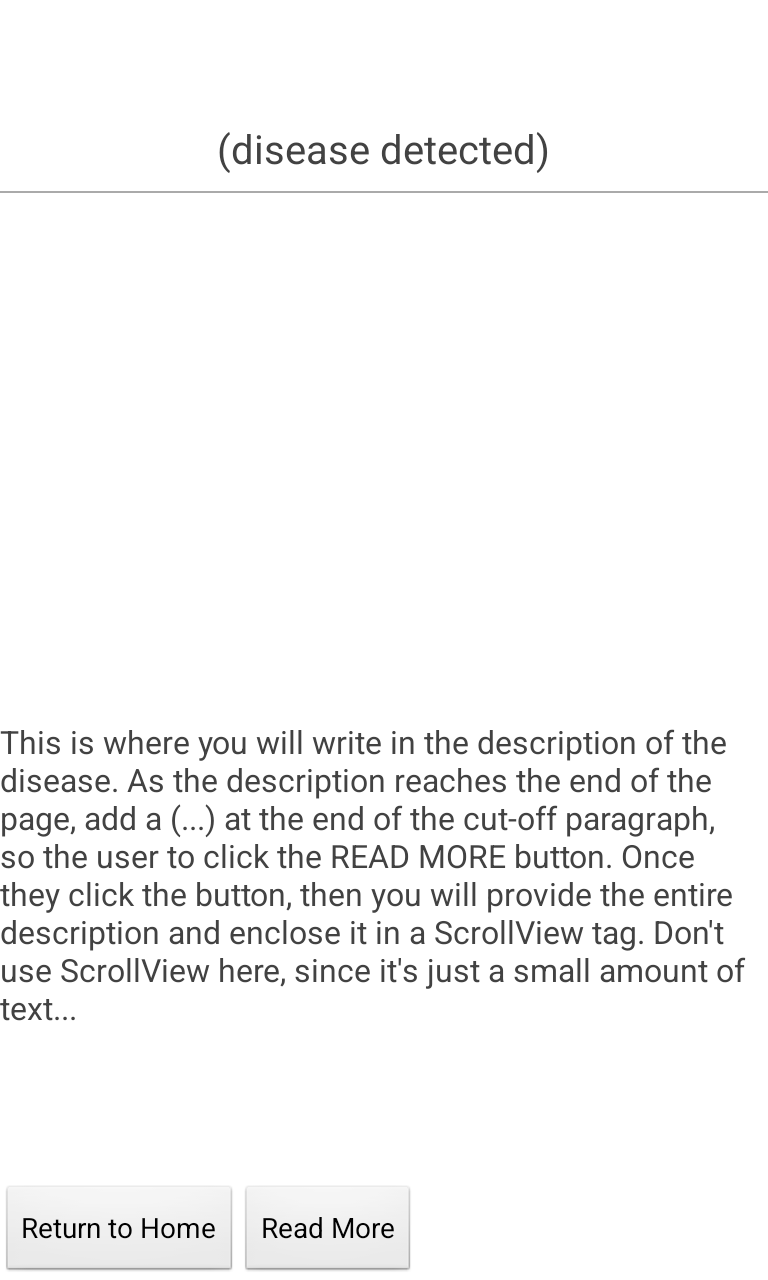
Repository: justnaelin/PhytoSenseIt-app
Layout: PhytoSenseIt/res/layout/activity_results.xml
An editor plug-in stored every save of this project. The layout is shown before and after the next save, followed by the edit.
It is drawn on a 768 x 1280 px phone screen (xhdpi) without system bars, with theme android:Theme.NoTitleBar.Fullscreen; the app's code is not run.

Above is the layout before, as saved 2015-07-29 18:56:55.

### PhytoSenseIt/res/layout/activity_results.xml
<LinearLayout xmlns:android="http://schemas.android.com/apk/res/android"
    xmlns:tools="http://schemas.android.com/tools"
    android:layout_width="match_parent"
    android:layout_height="match_parent"
    android:background="#FFFFFF"
    android:orientation="vertical" >

    <TextView
        android:id="@+id/header_text"
        android:layout_width="wrap_content"
        android:layout_height="wrap_content"
        android:layout_gravity="center_horizontal"
        android:textColor="#212121"
        android:textSize="45sp" />

    <TextView
        android:layout_width="wrap_content"
        android:layout_height="wrap_content"
        android:layout_gravity="center_horizontal"
        android:paddingBottom="8dp"
        android:text="(disease detected)"
        android:textColor="#424242"
        android:textSize="20sp" />

    <!-- Line underneath headline -->

    <View
        android:layout_width="match_parent"
        android:layout_height="1dp"
        android:background="@android:color/darker_gray" />

    <!--
         Change as needed. This is just a placeholder so you
            can see what the layout will look like.
    -->

    <ImageView
        android:id="@+id/results_image"
        android:layout_width="wrap_content"
        android:layout_height="0dp"
        android:layout_margin="16dp"
        android:layout_weight="1" />

    <TextView
        android:id="@+id/description"
        android:layout_width="match_parent"
        android:layout_height="0dp"
        android:layout_weight="1"
        android:text="This is where you will write in the description of the disease. As the description reaches the end of the page, add a (...) at the end of the cut-off paragraph, so the user to click the READ MORE button. Once they click the button, then you will provide the entire description and enclose it in a ScrollView tag. Don&apos;t use ScrollView here, since it&apos;s just a small amount of text..."
        android:textColor="#424242"
        android:textSize="16sp" />

    <LinearLayout
        android:layout_width="match_parent"
        android:layout_height="wrap_content"
        android:layout_below="@+id/description"
        android:layout_gravity="center_horizontal"
         >

        <Button
            android:id="@+id/return_home"
            android:layout_width="wrap_content"
            android:layout_height="wrap_content"
            android:text="Return to Home" />

        <Button
            android:id="@+id/read_more"
            android:layout_width="wrap_content"
            android:layout_height="wrap_content"
            android:text="Read More" />
    </LinearLayout>

</LinearLayout>

After the next save:
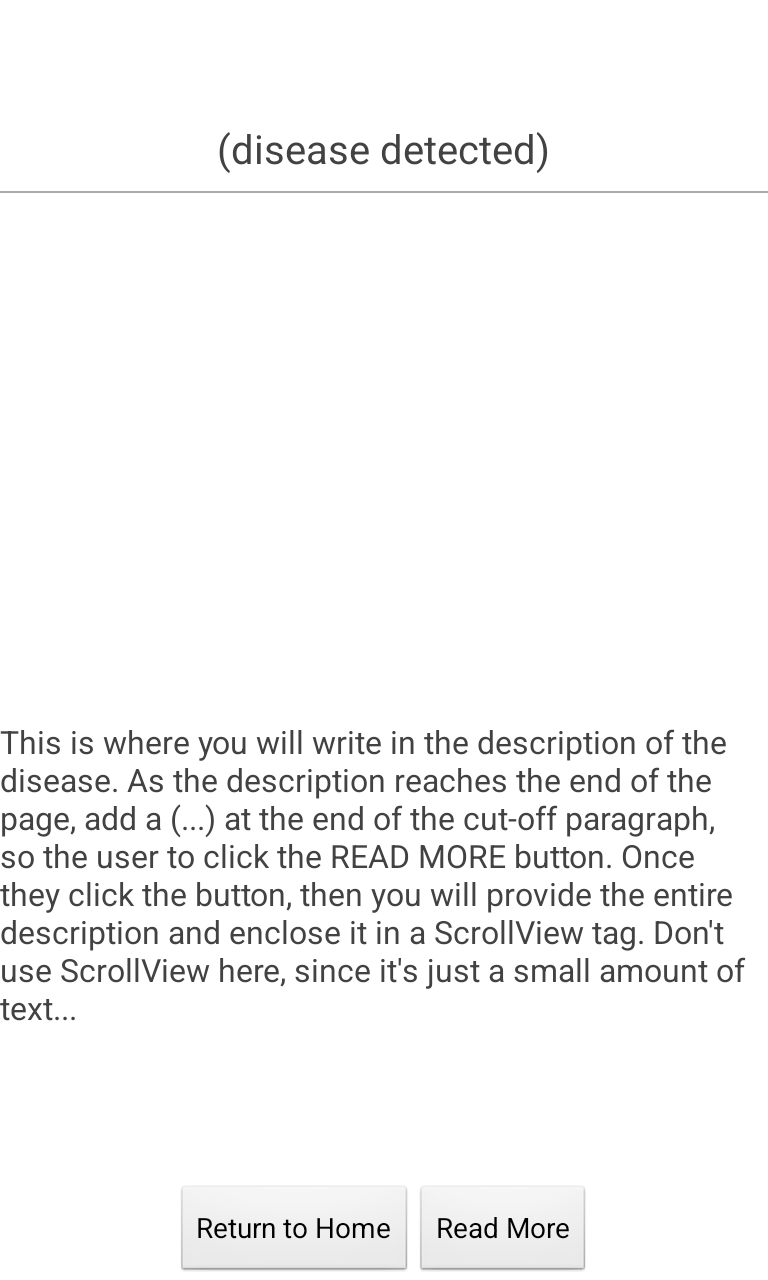
Saved 7 s later.
--- a/PhytoSenseIt/res/layout/activity_results.xml
+++ b/PhytoSenseIt/res/layout/activity_results.xml
@@ -54,7 +54,7 @@
         android:layout_width="match_parent"
         android:layout_height="wrap_content"
         android:layout_below="@+id/description"
-        android:layout_gravity="center_horizontal"
+        android:gravity="center_horizontal"
          >
 
         <Button
